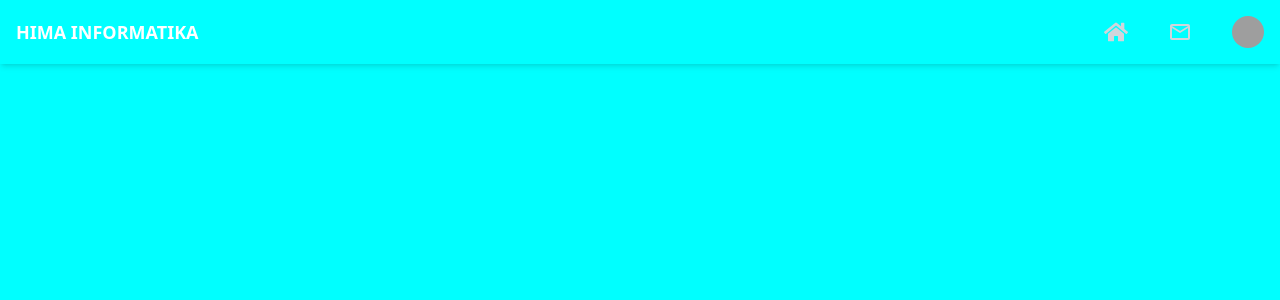
Repository: MUHAMADTEGARWIJAYA/himaif
Page: /
These files come from the project's save history. The page is drawn as it stood at one moment and after the next save; the edit follows.
The browser window is 1280 px wide. The pictures show the whole page.
Pictures or frames that could not be fetched are drawn as grey boxes. The project was rebuilt for these pictures with package versions that can differ from the ones it lists, and the page was loaded fresh each time. Also part of the build but not shown: vite.config.js.

Above is the page before, as saved 2024-12-21 10:15:57.

After the next save:
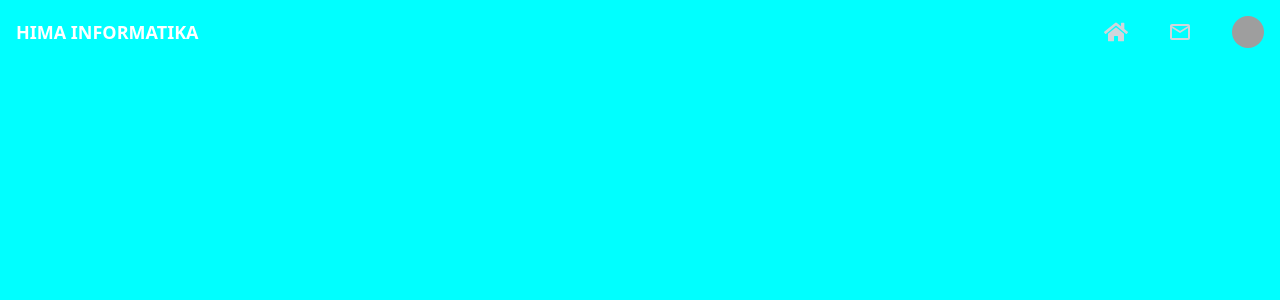
Saved 32 s later.
--- a/src/pages/Navbar.jsx
+++ b/src/pages/Navbar.jsx
@@ -26,7 +26,7 @@ const Navbar = () => {
   return (
     <div className="relative">
       <div
-        className={`flex items-center p-4 bg-transparent justify-between space-x-5 text-white shadow-md transition-transform duration-300 ${
+        className={`flex items-center p-4 bg-transparent justify-between space-x-5 text-white  transition-transform duration-300 ${
           isVisible ? "translate-y-0" : "-translate-y-full"
         }`}
       >
